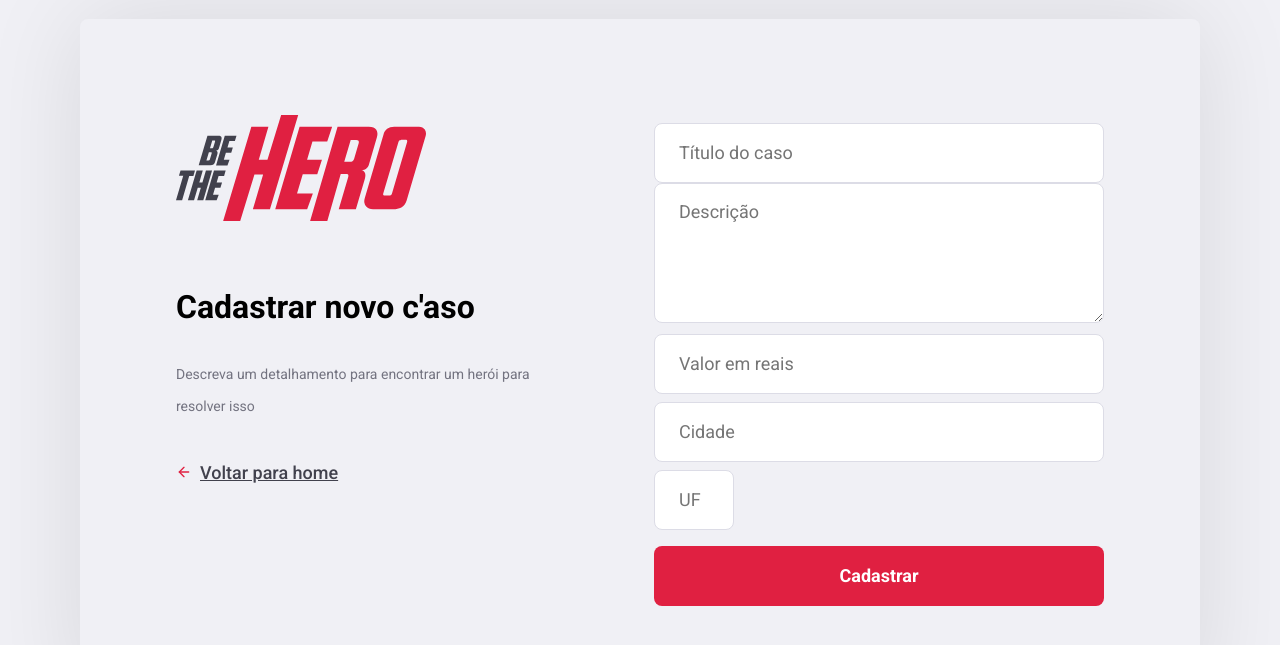
Repository: s7Thiago/semana-omnistack-11.0
Page: /incidents/new (app in front-end/)
An editor plug-in stored every save of this project. The page is shown before and after the next save, followed by the edit.
The browser window is 1280 px wide. The pictures show the whole page.
The project was rebuilt for these pictures with package versions that can differ from the ones it lists, and the page was loaded fresh each time. Also part of the build but not shown: front-end/src/pages/Logon/styles.css, front-end/src/pages/Logon/index.js, front-end/src/pages/Register/styles.css, front-end/src/pages/Register/index.js, front-end/src/pages/Profile/styles.css, front-end/src/pages/Profile/index.js.

Above is the page before, as saved 2020-03-27 10:45:23.

### front-end/src/App.js
import React from 'react';
import './global.css';

import Routes from './routes';

function App() {

  return (
    <Routes />
  );
}

export default App;

### front-end/src/global.css
@import url('https://fonts.googleapis.com/css?family=Roboto:400,500,700&display=swap');

*{
    margin: 0;
    padding: 0;
    outline: 0;
    box-sizing: border-box; /*Faz com que o padding dos elementos seja anexado na sua largura e na sua altura*/
}

body{
    font: 400 14px Roboto, sans-serif;
    background: #f0f0f5;
    -webkit-font-smoothing: antialiased;
}

input, button, textarea {
    font: 400 18px Roboto, sans-serif;
}

button {
    cursor: pointer;
}

form input {
    width: 100%;
    height: 60px;
    color: #333;
    border: 1px solid #dcdce6;
    border-radius: 8px;
    padding: 0 24px;
}

form textarea {
    width: 100%;
    height: 60px;
    min-height: 140px;
    color: #333;
    border: 1px solid #dcdce6;
    border-radius: 8px;
    padding: 16px 24px;
    line-height: 24px;
}

.button {
    width: 100%;
    height: 60px;
    background: #e02041;
    border: 0;
    border-radius: 8px;
    color: #fff;
    font-weight: 700;
    margin-top: 16px;
    display: inline-block;
    text-align: center;
    text-decoration: nome;
    font-size: 18px;
    line-height: 60px;
    transition: filter 0.25s;
}

.button:hover{
    filter: brightness(90%);
}

.back-link{
    display: flex;
    align-items: center;
    margin-top: 40px;
    color: #41414d;
    font-size: 18px;
    text-decoration: nome;
    font-weight: 500;
    transition: opacity 0.2s;
}

.back-link svg{
    margin-right: 8px;

}

.back-link:hover{
    opacity: 0.8;
}

### front-end/src/routes.js
import React from 'react';
import { BrowserRouter, Route, Switch } from 'react-router-dom';

import Logon from './pages/Logon';
import Register from './pages/Register';
import Profile from './pages/Profile';
import NewIncident from './pages/NewIncident';

export default function Routes() {
    return (
        <BrowserRouter>
            <Switch>
                <Route path="/" exact component={Logon} />
                <Route path="/register" component={Register} />
                <Route path="/profile" component={Profile} />
                <Route path="/incidents/new" component={NewIncident} />

            </Switch>
        </BrowserRouter>
    );
}

### front-end/src/pages/NewIncident/index.js
import React from 'react';

import { Link } from 'react-router-dom';
import { FiArrowLeft } from 'react-icons/fi'

import './styles.css';

import logoImg from '../../assets/logo.svg';

import { } from 'react-icons/fi';

export default function NewIncident() {
    return (
        <div className="new-incident-container">
            <div className="content">
                <section>
                    <img src={logoImg} alt="Be the Hero" />
                    <h1>Cadastrar novo c'aso</h1>
                    <p>Descreva um detalhamento para encontrar um herói para resolver isso</p>

                    <Link className="back-link" to="/">
                        <FiArrowLeft size={16} color="#E02041" />
                    Voltar para home
                    </Link>
                </section>

                <form>
                    <input placeholder="Título do caso" />
                    <textarea placeholder="Descrição" />
                    <input placeholder="Valor em reais" />

                    <div className="input-group">
                        <input placeholder="Cidade" />
                        <input placeholder="UF" style={{ width: 80 }} />
                    </div>
                    <button className="button" type="submit">Cadastrar</button>
                </form>
            </div>
        </div>
    );
}

### front-end/src/pages/NewIncident/styles.css
.new-incident-container{
    width: 100%;
    max-width: 1120px;
    height: 100vh;
    margin: 0 auto;

    display: flex;
    align-items: center;
    justify-content: center;
}

.new-incident-container .content {
    width: 100%;
    padding: 96px;
    background: #f0f0f5;
    box-shadow: 0 0 100px rgba(0, 0, 0, 0.1);
    border-radius: 8px;

    display: flex;
    justify-content: space-between;
}

.new-incident-container .content section {
    width: 100%;
    max-width: 380px;
}

.new-incident-container .content section h1{
    margin: 64px 0 32px;
    font-size: 32px;
}

.new-incident-container .content section p {
    font-size: 18;
    color: #737380;
    line-height: 32px;

}

.new-incident-container .content form {
    width: 100%;
    max-width: 450px;
}

.new-incident-container .content form input {
    margin-top: 8px;
}

Loaded but not shown: front-end/src/index.js (common file)

After the next save:
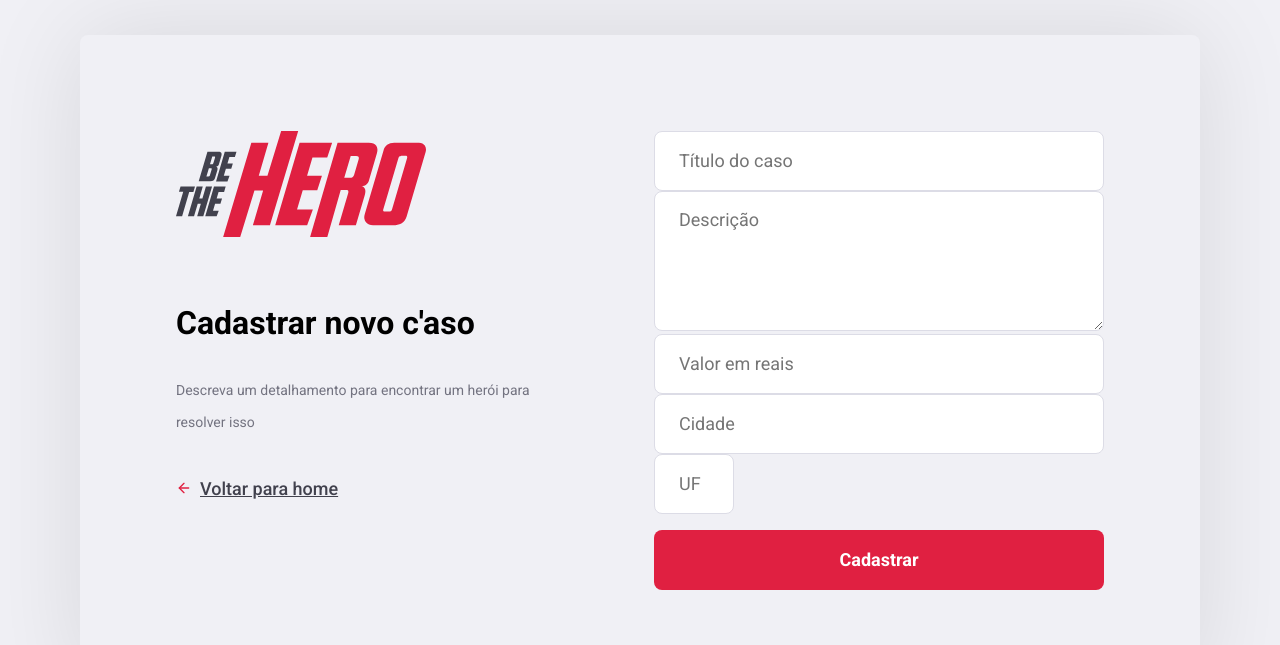
Saved 74 s later.
--- a/front-end/src/pages/NewIncident/styles.css
+++ b/front-end/src/pages/NewIncident/styles.css
@@ -42,6 +42,7 @@
     max-width: 450px;
 }
 
-.new-incident-container .content form input {
+.new-incident-container .content form input
+.new-incident-container .content form textarea {
     margin-top: 8px;
 }
